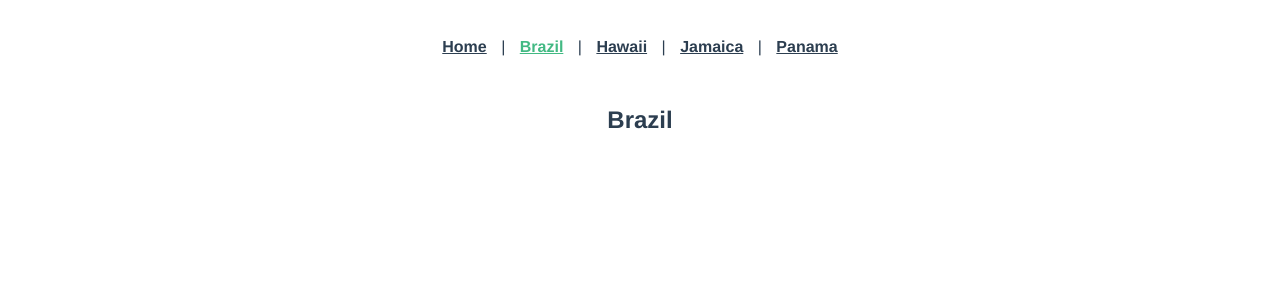
Repository: June-Hall/MiniTravelApp
Page: /#/brazil
An editor plug-in stored every save of this project. The page is shown before and after a run of saves, followed by the edit.
The browser window is 1280 px wide. The pictures show the whole page.
The project was rebuilt for these pictures with package versions that can differ from the ones it lists, and the page was loaded fresh each time. Also part of the build but not shown: vue.config.js, src/store.js, src/views/HomeView.vue.

Above is the page before, as saved 2023-03-29 20:46:52.

After the next 2 saves:
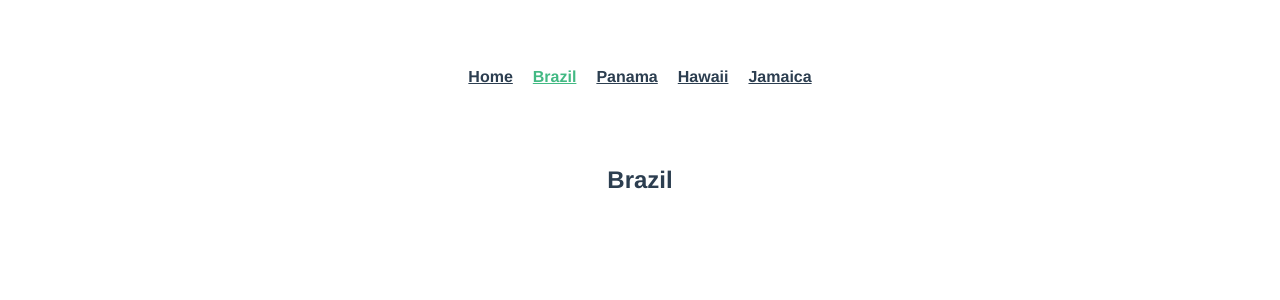
The 2 saves are shown as one change because 1 did not build or start.
The last was saved 37 s later.
--- a/src/App.vue
+++ b/src/App.vue
@@ -1,10 +1,6 @@
 <template>
   <nav>
-    <router-link to="/">Home</router-link> |
-    <router-link to="/brazil">Brazil</router-link> |
-    <router-link to="/hawaii">Hawaii</router-link> |
-    <router-link to="/jamaica">Jamaica</router-link> |
-    <router-link to="/panama">Panama</router-link>
+    <TheNavigation></TheNavigation>
   </nav>
   <router-view />
 </template>
